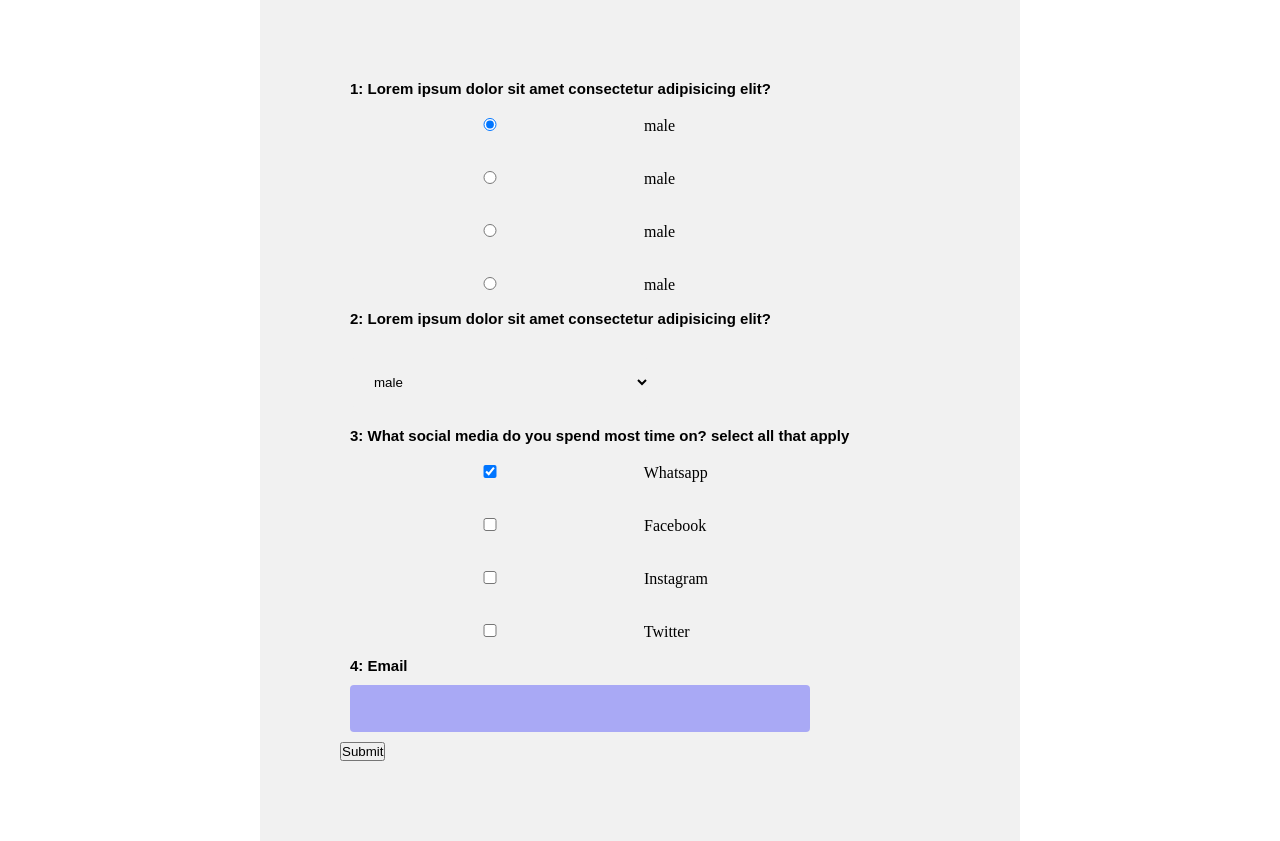
Repository: Grace229/Hasob-form
Page: index.html
The author's editor kept a copy of each file at every save. The page is drawn from the files as they stood at one save, then again after a run of saves.
The browser window is 1280 px wide. The pictures show the whole page.

Above is the page before, as saved 2020-12-27 11:46:22.

### index.html
<!DOCTYPE html>
<html lang="en">
<head>
    <meta charset="UTF-8">
    <meta name="viewport" content="width=device-width, initial-scale=1.0">
    <title>Document</title>
    <link rel="stylesheet" href="style.css">
</head>
<body>
    <form>
        <!-- radio button -->
        <div>
            <label class="question" for="">1: Lorem ipsum dolor sit amet consectetur adipisicing elit? </label> <br>
                <input type="radio" name="gender" value="male" class="input" checked>
                <label> male</label>
                <input type="radio" name="gender" value="male" class="input">
                <label> male</label>
                <input type="radio" name="gender" value="male" class="input">
                <label> male</label>
                <input type="radio" name="gender" value="male" class="input">
                <label> male</label>

        </div>
        <!-- dropdown -->
        <div>
            <label  class="question" for="">2: Lorem ipsum dolor sit amet consectetur adipisicing elit? </label><br>
               <select name="grace" id="input">
                   <option value="male" class="check">
                    <label> male</label>
                   </option>
                   <option value="male" class="check">
                    <label> male</label>
                   </option>
                   <option value="male" class="check">
                    <label> male</label>
                   </option>
                   <option value="male" class="check">
                    <label> male</label>
                   </option>
               </select>
        </div>
        <!-- checkboxes -->
           <div>
            <label  class="question" for="">3: What social media do you spend most time on? select all that apply</label><br>
               <input type="checkbox" name="gender" value="male" class="input" checked>
               <label> Whatsapp</label>
                <input type="checkbox" name="gender" value="male" class="input">
                <label> Facebook</label>
                <input type="checkbox" name="gender" value="male" class="input">
                <label> Instagram</label>
                <input type="checkbox" name="gender" value="male" class="input">
                <label> Twitter</label>
        </div>
        <!-- textbox -->
        <div>
            <label  class="question" for=""> 4: Email</label> <br>
            <input type="email" name="email" id="email">
        </div>

        <div>
          <button class="btn"> Submit </button>
        </div>
   </form>
</body>
</html>

### style.css
*{
    padding: 0;
    margin: 0;
}
.question{
    font-size: 15px;
    font-weight: bold;
    font-family: sans-serif;
    margin: 10px 50px 10px 10px;
}

.input{
    width: 50%;
    margin: 20px 0px 20px 0px;
}
.check{
    border: solid 1px black;
}
#input{
    width: 50%;
    margin: 30px 10px 20px 10px;
    border: none;
}
select{
    border: 1px  solid black;
    background-color:#f1f1f1;
    padding: 16px 20px;
    border-radius: 4px;
}
option{
    border: 1px solid black;
    font-size:  15px;
}
form{
    width: 600px;
    margin: auto;
    background-color: #f1f1f1;
    padding: 80px;
}
#email{
    width: 70%;
    margin: 10px 10px 10px 10px;
    border: none;
    background-color: rgb(169, 169, 245);
    padding: 16px 20px;
    border-radius: 4px;
}
#email:focus{
    background-color: #ffffff;
    font-size: 20px;

}

After the next 2 saves:
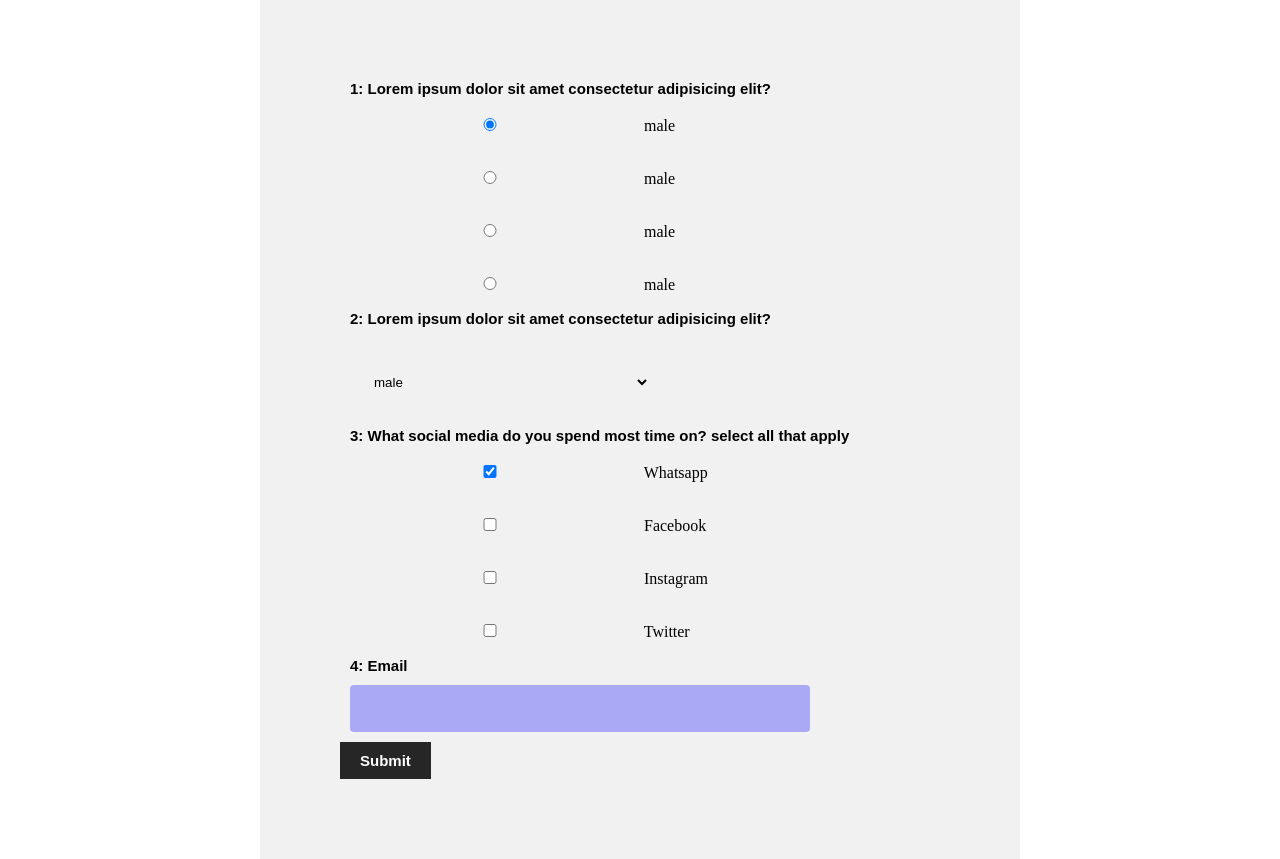
The 2 saves are shown as one change because they came seconds apart.
The last was saved 28 s later.
--- a/style.css
+++ b/style.css
@@ -50,3 +50,17 @@ form{
     font-size: 20px;
 
 }
+.btn{
+    cursor: pointer;
+    display: inline-block;
+    border: 0;
+    font-weight: bold;
+    padding: 10px 20px;
+    background: #262626;
+    color: #fff;
+    font-size: 15px;
+}
+
+.btn:hover{
+opacity: 0.9;
+}
